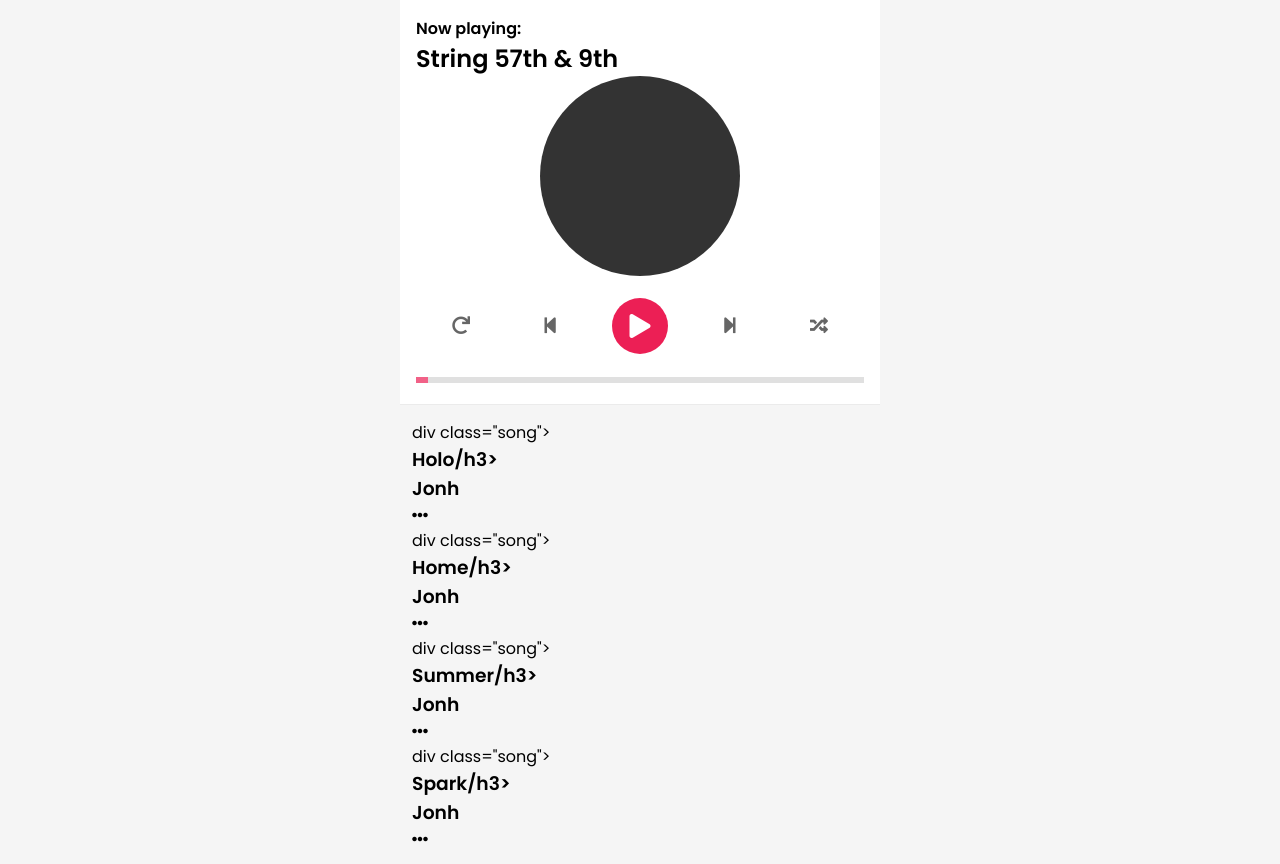
Repository: MinhNhatIT2901/Mp3-clon
Page: index.html
An editor plug-in stored every save of this project. The page is shown before and after the next save, followed by the edit.
The browser window is 1280 px wide. The pictures show the whole page.

Above is the page before, as saved 2022-01-01 17:03:23.

After the next save:
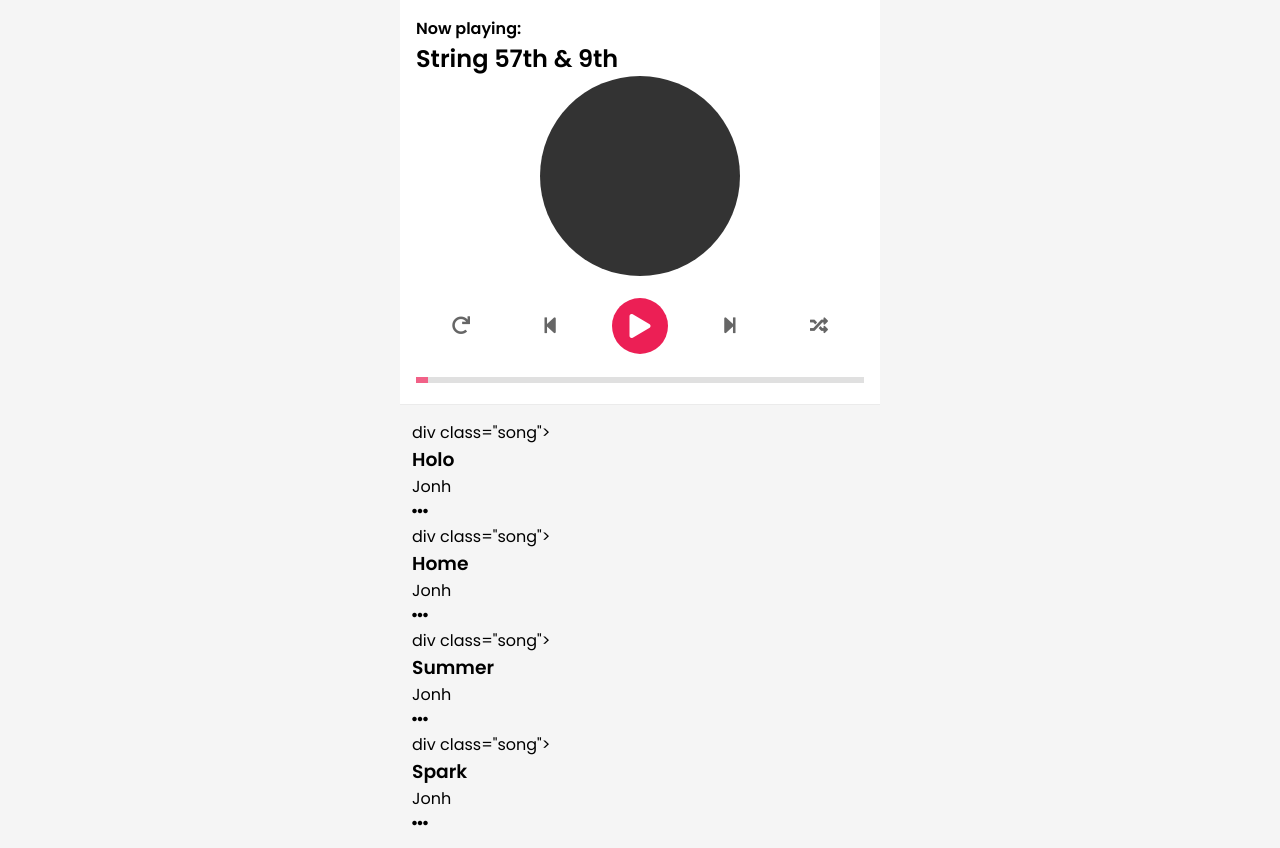
Saved 3 min 45 s later.
--- a/asset/css/app.js
+++ b/asset/css/app.js
@@ -35,7 +35,7 @@ const app = {
                 <div class="thumb" style="background-image: url('${song.image}')">
                 </div>
                 <div class="body">
-                <h3 class="title">${song.name}/h3>
+                <h3 class="title">${song.name}</h3>
                 <p class="author">${song.singer}</p>
                 </div>
                 <div class="option">
